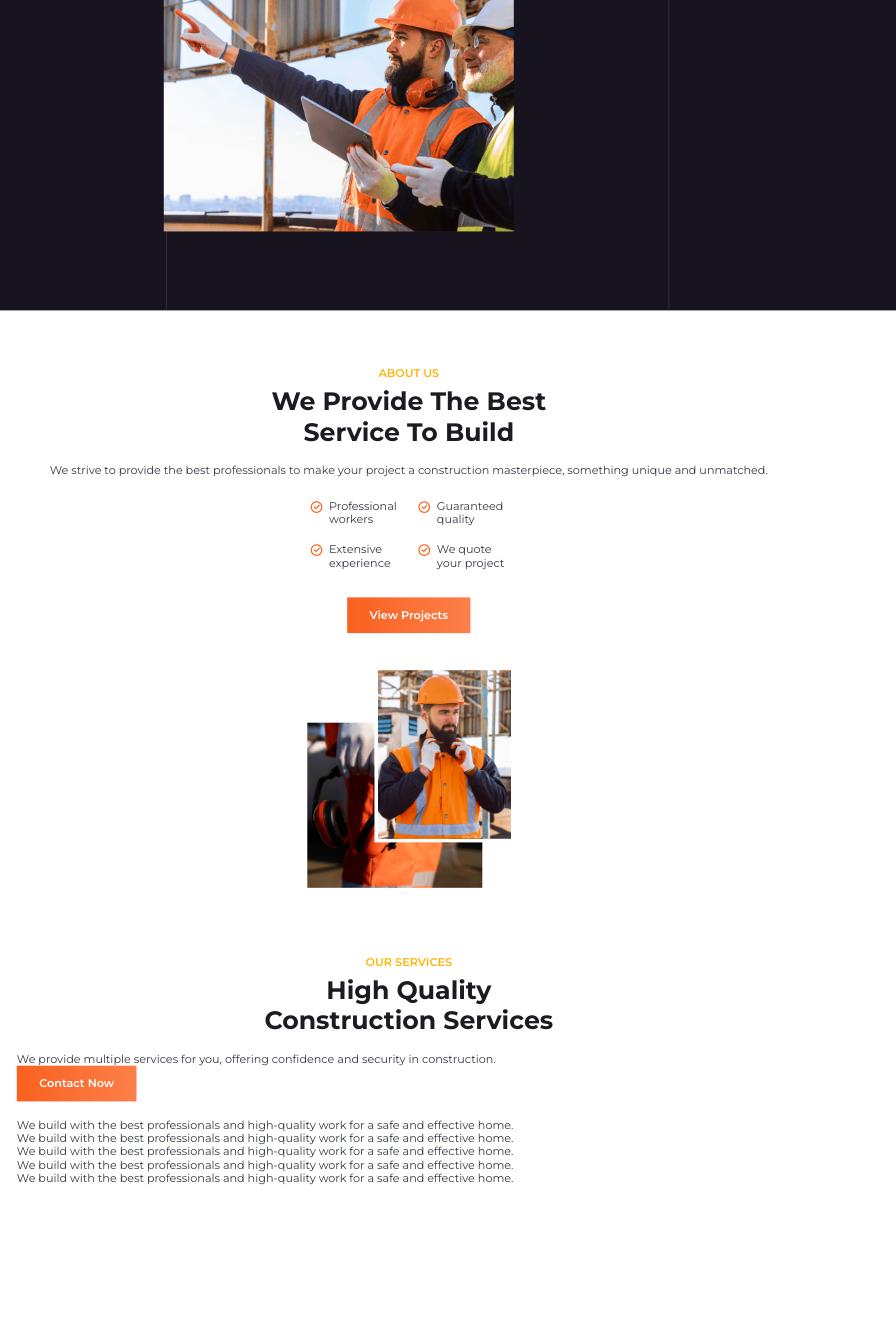
Repository: douglasabnovato/construction
Page: index.html
The author's editor kept a copy of each file at every save. The page is drawn from the files as they stood at one save, then again after the next save.
The browser window is 1280 px wide. The pictures show the part of the page from y = 1378 to 3298 px (the page is 3279 px tall before and 3298 px after), at 70% of full size.

Above is the page before, as saved 2025-05-01 12:47:54.

After the next save:
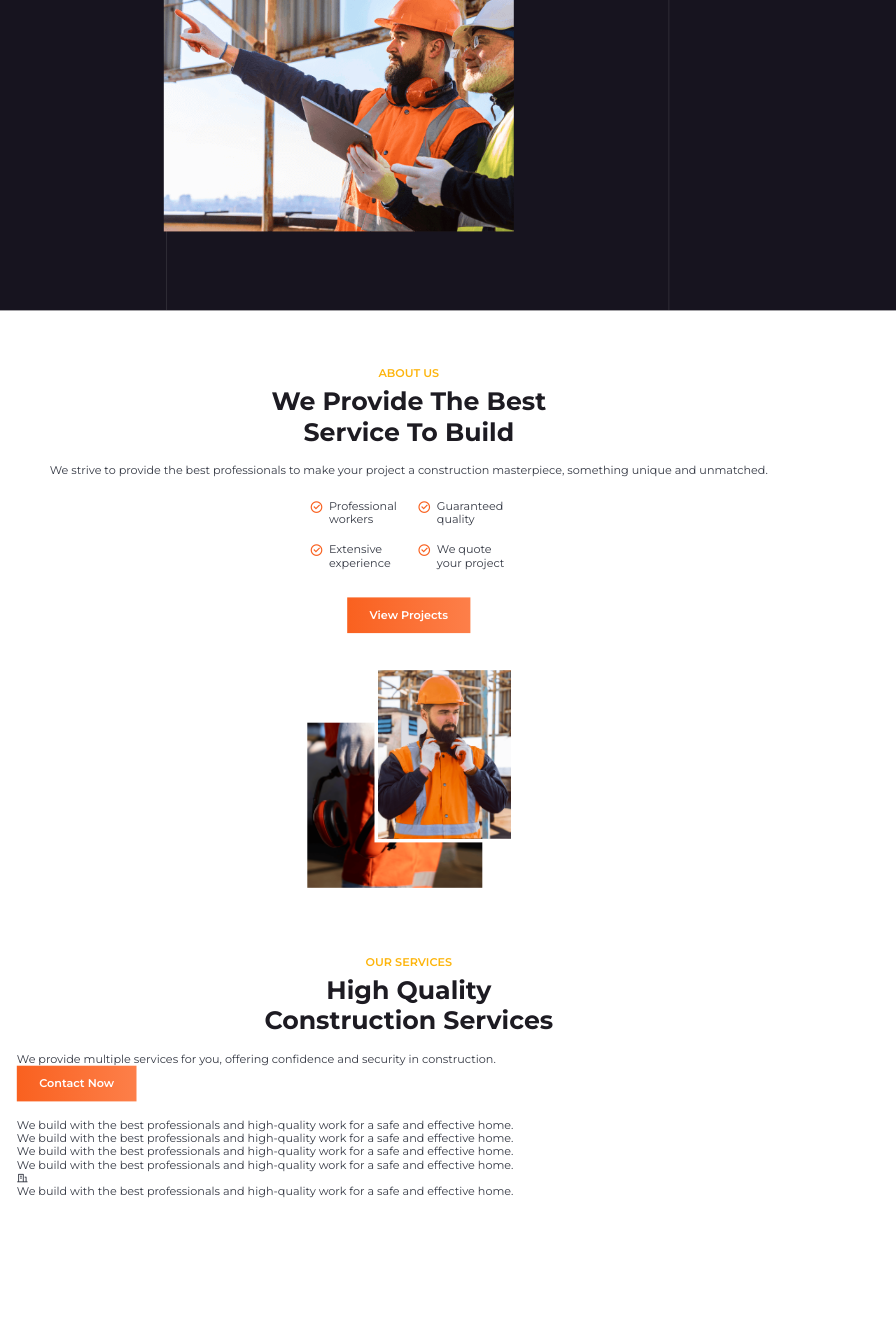
Saved 75 s later.
--- a/index.html
+++ b/index.html
@@ -215,7 +215,9 @@
                 </p>
               </article>
               <article class="services__card">
-                <div class="services__icon"></div>
+                <div class="services__icon">
+                  <i class="ri-building-line"></i>
+                </div>
                 <h3 class="services__title"></h3>
                 <p>
                   We build with the best professionals and high-quality work for
